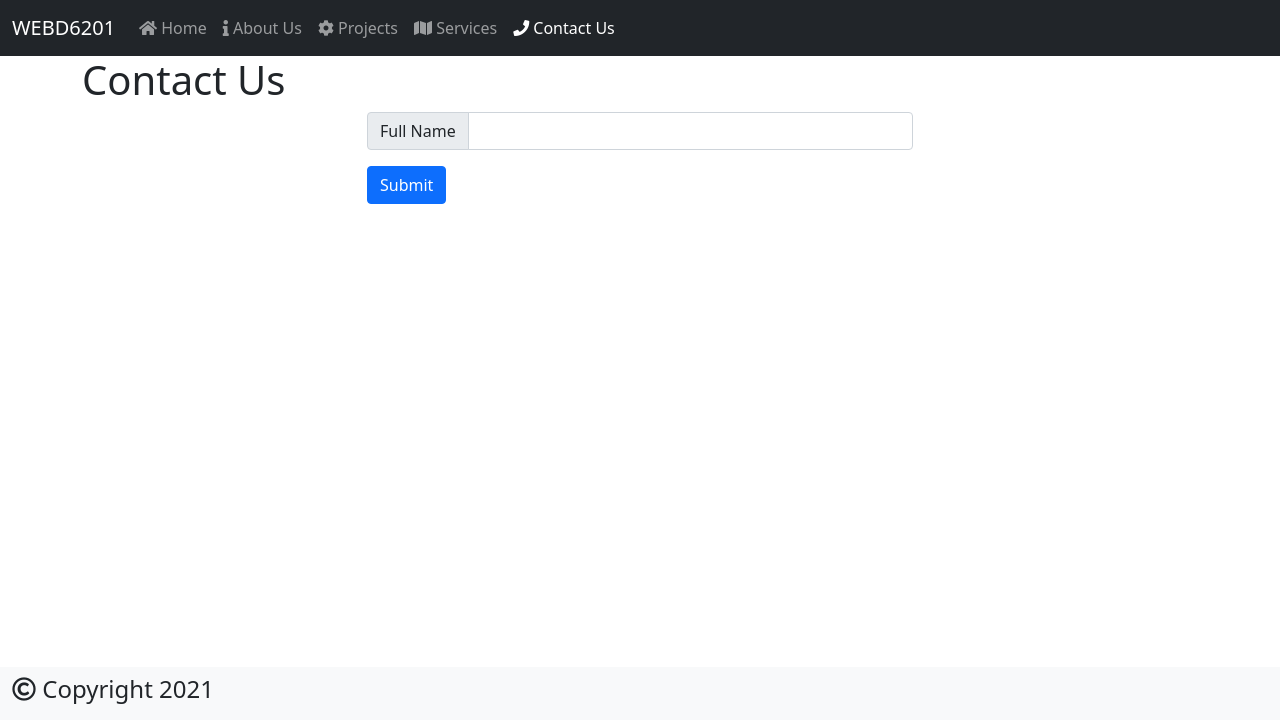
Repository: spencernewellevans/WEBD6201-ICE01
Page: contact.html
These files come from the project's save history. The page is drawn as it stood at one moment and after the next save; the edit follows.
The browser window is 1280 px wide. The pictures show the whole page.

Above is the page before, as saved 2021-01-22 19:38:44.

### contact.html
<!DOCTYPE html>
<html lang="en">
<head>
    <meta charset="UTF-8">
    <meta name="viewport" content="width=device-width, initial-scale=1.0">
    <title>Contact</title>
    <!-- CSS Section-->
    <link rel="stylesheet" href="./node_modules/bootstrap/dist/css/bootstrap.min.css">
    <link rel="stylesheet" href="./node_modules/@fortawesome/fontawesome-free/css/all.min.css">
    <link rel="stylesheet" href="./Content/app.css">
</head>
<body>
    <!-- Main Header -->
    <header>
        <!-- Main Navigation -->
        <nav class="navbar navbar-expand-lg navbar-dark bg-dark">
            <div class="container-fluid">
              <a class="navbar-brand" href="#=index.html">WEBD6201</a>
              <button class="navbar-toggler" type="button" data-bs-toggle="collapse" data-bs-target="#navbarSupportedContent" aria-controls="navbarSupportedContent" aria-expanded="false" aria-label="Toggle navigation">
                <span class="navbar-toggler-icon"></span>
              </button>
              <div class="collapse navbar-collapse" id="navbarSupportedContent">
                <ul class="navbar-nav me-auto mb-2 mb-lg-0">
                  <li class="nav-item">
                    <a class="nav-link" aria-current="page" href="index.html"><i class="fas fa-home fa-large"></i> Home</a>
                  </li>

                  <li class="nav-item">
                    <a class="nav-link" aria-current="page" href="about.html"><i class="fas fa-info fa-large"></i> About Us</a>
                  </li>

                  <li class="nav-item">
                    <a class="nav-link" aria-current="page" href="projects.html"><i class="fas fa-cog fa-large"></i> Projects</a>
                  </li>

                  <li class="nav-item">
                    <a class="nav-link" aria-current="page" href="services.html"><i class="fas fa-map fa-large"></i> Services</a>
                  </li>

                  <li class="nav-item">
                    <a class="nav-link active" aria-current="page" href="contact.html"><i class="fas fa-phone fa-large"></i> Contact Us</a>
                  </li>
                </ul>
              </div>
            </div>
          </nav>
    </header>

    <!-- Main Content -->
    <main class="container">
        <h1>Contact Us</h1>

        <div class="row justify-content-md-center">
          <form class="col-lg-6 col-md-8 col-sm-10">

            <div class="input-group mb-3">
              <span class="input-group-text" id="inputGroup-sizing-default">Full Name</span>
              <input type="text" class="form-control" aria-label="Sizing example input" aria-describedby="inputGroup-sizing-default">
            </div>

            <button type="submit" class="btn btn-primary">Submit</button>
          </form>
        </div>


    </main>

    <!-- Main Footer -->
    <footer>
        <nav class="navbar fixed-bottom navbar-light bg-light">
            <div class="container-fluid">
              <h4><i class="far fa-copyright fa-large"></i> Copyright 2021</h4>
            </div>
          </nav>
    </footer>

    <!-- Script Section -->
    <script src="./node_modules/jquery/dist/jquery.min.js"></script>
    <script src="./node_modules/bootstrap/dist/js/bootstrap.bundle.min.js"></script>
    <script src="./Scripts/app.js"></script>
</body>
</html>

### content/app.css
/* Custom CSS goes here */

### scripts/app.js
/* Custom JavaScript goes here */

// IIFE - Immediately Invoked Function Expression
// Anonymous self-executing expression
// limits scope leak

"use strict";

(function()
{
    function displayHome()
    {
        let paragraphOneText = "This is a simple site to demonstrate DOM manipulation for ICE 1";

        let paragraphOneElement = document.getElementById("paragraphOne");

        paragraphOneElement.textContent = paragraphOneText;
        paragraphOneElement.className = "fs-5"

        // CREATION
        // Step 1. create the element
        let newParagraph = document.createElement("p");
        // Step 2. configure the element
        newParagraph.setAttribute("id","paragraphTwo");
        newParagraph.textContent = "...And this is paragraph two"
        // Step 3. select parent element
        let mainContent = document.getElementsByTagName("main")[0];
        // Step 3. insert the element
        mainContent.appendChild(newParagraph);
        newParagraph.className = "fs-6";

        let paragraphDiv = document.createElement("div");
        let paragraphThree =  `<p id="paragraphThree" class="fs-7 fw-bold">And this is the third paragraph</p>`;
        paragraphDiv.innerHTML = paragraphThree;

        // INSERTION
        // insertion before a node example
        //newParagraph.before(paragraphDiv);

        // insertion after a node example
        newParagraph.after(paragraphDiv);

        // DELETION
        // example of removing a single element
        //paragraphOneElement.remove();

        // removeChild example
        mainContent.removeChild(paragraphOneElement);

        // MODIFICATION
        //mainContent.firstElementChild.textContent = "Welcome Home!"
        mainContent.innerHTML =
        `<h1 id="firstHeading">Welcome to WEBD6201 - Lab 1</h1>
        <p id="paragraphOne" class="fs-3">This is the first paragraph</p>
        `;
    }

    function displayAbout()
    {

    }

    function displayProjects()
    {

    }

    function displayServices()
    {

    }

    function displayContact()
    {

    }

    function Start()
    {
        console.log("App Started...");

        switch (document.title)
        {
          case "Home":
            displayHome();
            break;
          case "About":
            displayAbout();
            break;
          case "Projects":
            displayProjects();
            break;
          case "Services":
            displayServices();
            break;
          case "Contact":
            displayContact();
            break;
        }



    }

    window.addEventListener("load", Start);

})();

Loaded but not shown: node_modules/bootstrap/dist/css/bootstrap.min.css (library); node_modules/@fortawesome/fontawesome-free/css/all.min.css (library); node_modules/jquery/dist/jquery.min.js (library); node_modules/bootstrap/dist/js/bootstrap.bundle.min.js (library)

After the next save:
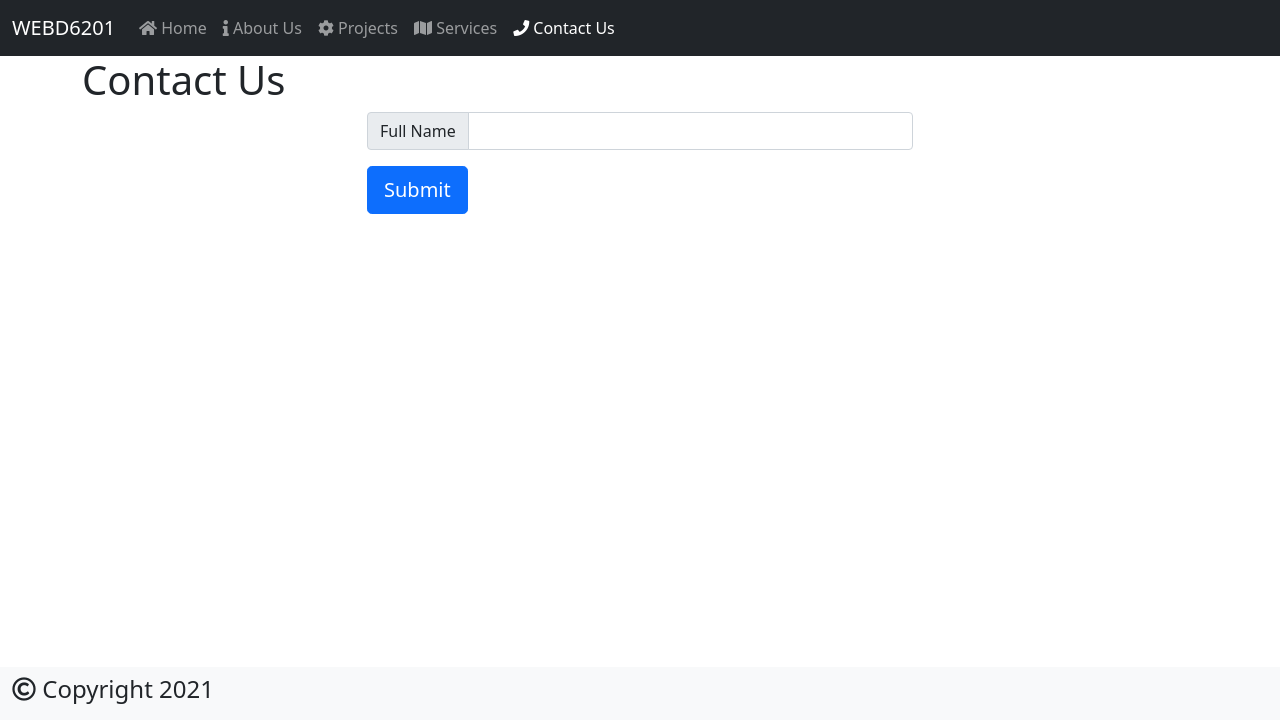
Saved 43 s later.
--- a/contact.html
+++ b/contact.html
@@ -55,10 +55,10 @@
 
             <div class="input-group mb-3">
               <span class="input-group-text" id="inputGroup-sizing-default">Full Name</span>
-              <input type="text" class="form-control" aria-label="Sizing example input" aria-describedby="inputGroup-sizing-default">
+              <input type="text" class="form-control" aria-label="Full name" aria-describedby="Full Name input">
             </div>
 
-            <button type="submit" class="btn btn-primary">Submit</button>
+            <button type="submit" class="btn btn-primary btn-lg">Submit</button>
           </form>
         </div>
 
